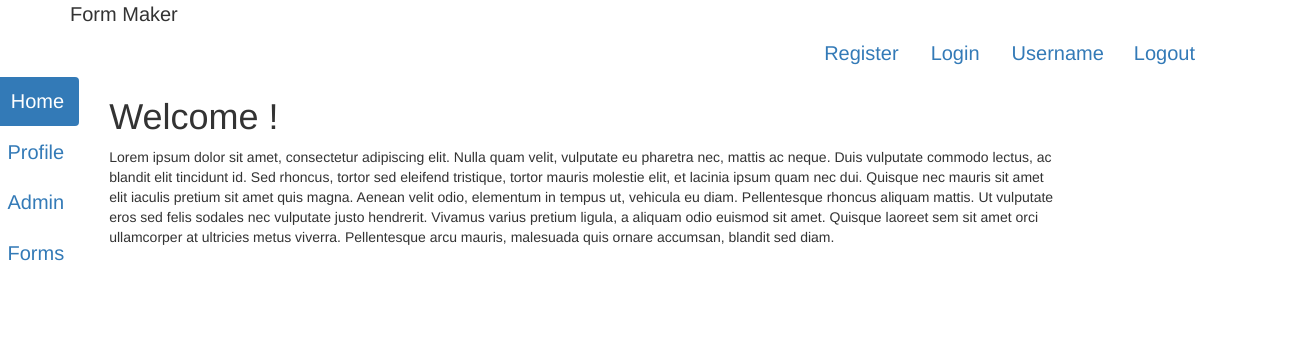
Repository: dishant8/Web-development
Page: public/WebDevWorkspace/experiment/WebContent/CSS/Bootstrap/Hometesthtml.html
An editor plug-in stored every save of this project. The page is shown before and after the next save, followed by the edit.
The browser window is 1280 px wide. The page is 1295 px wide, so the pictures cover 1295 px, including what lies to the right of the window. The pictures show the whole page.

Above is the page before, as saved 2015-09-30 22:03:48.

### public/WebDevWorkspace/experiment/WebContent/CSS/Bootstrap/Hometesthtml.html
<!DOCTYPE html>
<html>
<head>
<meta charset="ISO-8859-1">
<title>Home</title>
<!--   <link href="css/bootstrap.min.css" rel="stylesheet" />-->
<link href="app/vendor/bootstrap/dist/css/bootstrap.min.css"
	rel="stylesheet" />

<link rel="stylesheet" href="style.css" />


</head>
<body>
	<div class="container">
	<header id="form">Form Maker</header>

		<ul class="nav nav-pills">
			<li id="logout" role="presentation"><a href="login.html">Logout</a></li>
			<li id="username" role="presentation"><a href="home.html">Username</a></li>
			<li id="login" role="presentation"><a href="login.html">Login</a></li>
			<li id="register" role="presentation"><a href="register.html">Register</a></li>



		</ul>

	</div>

	<div class="row">

		<div class="col-xs-1">

			<ul class="nav nav-pills nav-stacked">
				<li role="presentation" class="active"><a href="home.html">Home</a></li>
				<li role="presentation"><a href="profile.html">Profile</a></li>
				<li role="presentation"><a href="admin.html">Admin</a></li>
				<li role="presentation"><a href="forms.html">Forms</a></li>
			</ul>
		</div>

		<div class="col-xs-9">
			<h1>Welcome !</h1>
			<p>Lorem ipsum dolor sit amet, consectetur adipiscing elit. Nulla
				quam velit, vulputate eu pharetra nec, mattis ac neque. Duis
				vulputate commodo lectus, ac blandit elit tincidunt id. Sed rhoncus,
				tortor sed eleifend tristique, tortor mauris molestie elit, et
				lacinia ipsum quam nec dui. Quisque nec mauris sit amet elit iaculis
				pretium sit amet quis magna. Aenean velit odio, elementum in tempus
				ut, vehicula eu diam. Pellentesque rhoncus aliquam mattis. Ut
				vulputate eros sed felis sodales nec vulputate justo hendrerit.
				Vivamus varius pretium ligula, a aliquam odio euismod sit amet.
				Quisque laoreet sem sit amet orci ullamcorper at ultricies metus
				viverra. Pellentesque arcu mauris, malesuada quis ornare accumsan,
				blandit sed diam.</p>

		</div>
	</div>
</body>
</html>

### public/WebDevWorkspace/experiment/WebContent/CSS/Bootstrap/style.css
.col-md-1{
	border-right: black solid medium;
	border-top: black solid medium;
	border-bottom: black solid medium;
	border-left: black solid medium;
	font-size :15px;

}

#form{
		font-size: 20px;
	}

#home{
	border-bottom: black solid;

}

.contain{
		border-bottom: black solid medium;
	border-top: black solid medium;
	border-right: black solid medium;
	border-left: black solid medium;
	margin-top: 30 px;
	margin-bottom: 30 px;
	margin-left: 30 px;
	margin-right: 30 px;

}

#navigate{
	float= right;
	font-size: 20px;
}

.nav-pills>li{
	float: right;
	font-size: 20px;
}

Loaded but not shown: public/WebDevWorkspace/experiment/WebContent/CSS/Bootstrap/app/vendor/bootstrap/dist/css/bootstrap.min.css (library)

After the next save:
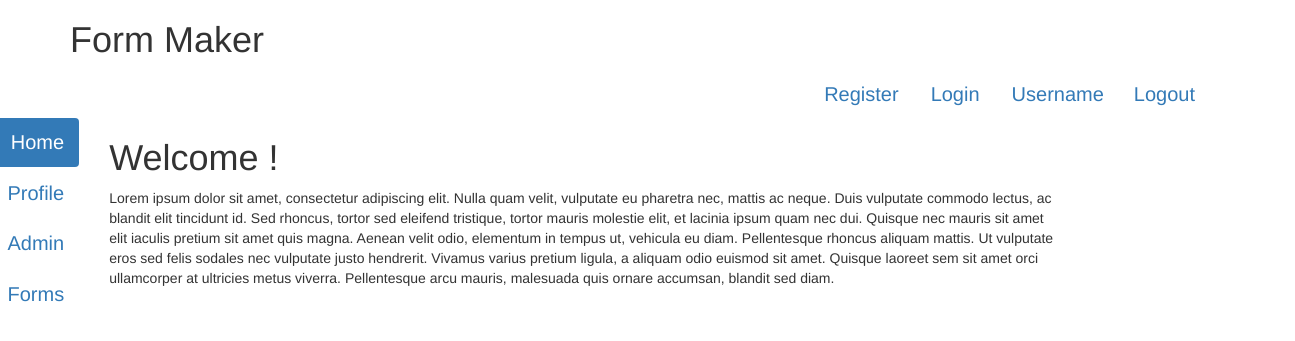
Saved 11 s later.
--- a/public/WebDevWorkspace/experiment/WebContent/CSS/Bootstrap/Hometesthtml.html
+++ b/public/WebDevWorkspace/experiment/WebContent/CSS/Bootstrap/Hometesthtml.html
@@ -13,7 +13,9 @@
 </head>
 <body>
 	<div class="container">
-	<header id="form">Form Maker</header>
+		<header id="form">
+			<h1>Form Maker</h1>
+		</header>
 
 		<ul class="nav nav-pills">
 			<li id="logout" role="presentation"><a href="login.html">Logout</a></li>
